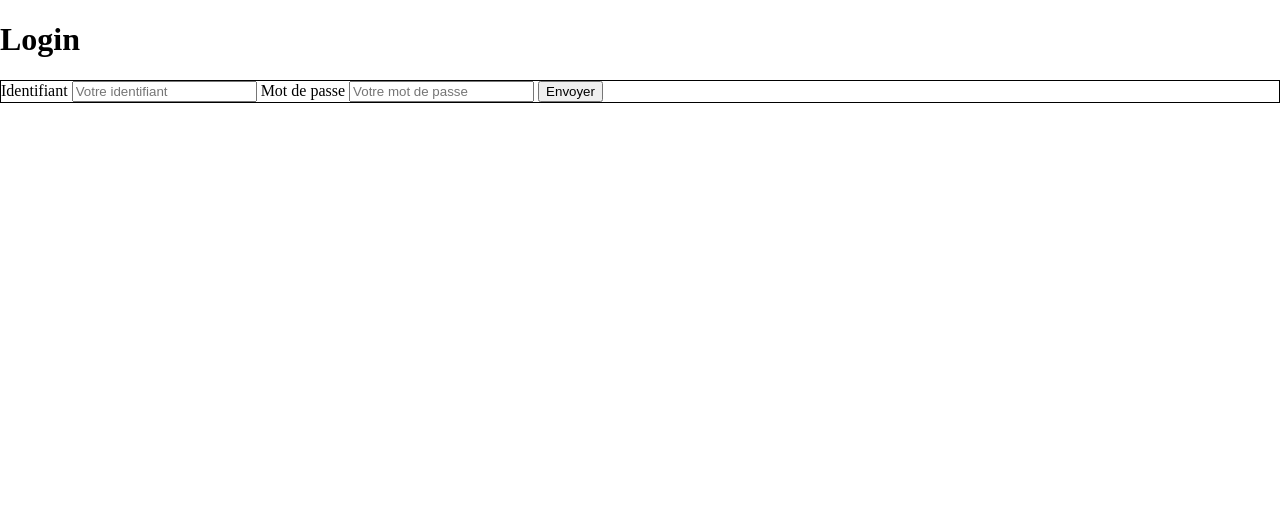
Repository: Luc010/Exercices
Page: HTML CSS/cours/formulaires/ex1.html
These files come from the project's save history. The page is drawn as it stood at one moment and after the next save; the edit follows.
The browser window is 1280 px wide. The pictures show the whole page.

Above is the page before, as saved 2019-09-06 10:06:27.

### HTML CSS/cours/formulaires/ex1.html
<!DOCTYPE html>
<html lang="fr">
<head>
    <meta charset="UTF-8">
    <meta name="viewport" content="width=device-width, initial-scale=1.0">
    <meta http-equiv="X-UA-Compatible" content="ie=edge">
    <title>Document</title>
    <style>
        body{
            padding: 0;
            margin: 0;
        }
        form{
            border: 1px solid black;
            min-height:
        }
    </style>
</head>
<body>
    <h1>Login</h1>
    <form action="" method="POST">
        <label>Identifiant</label>
        <input type="text" name="identifiant" placeholder="Votre identifiant">
        <label>Mot de passe</label>
        <input type="password" name="password" placeholder="Votre mot de passe">
        <input type="submit" name="submit" value="Envoyer">
    </form>
</body>
</html>

After the next save:
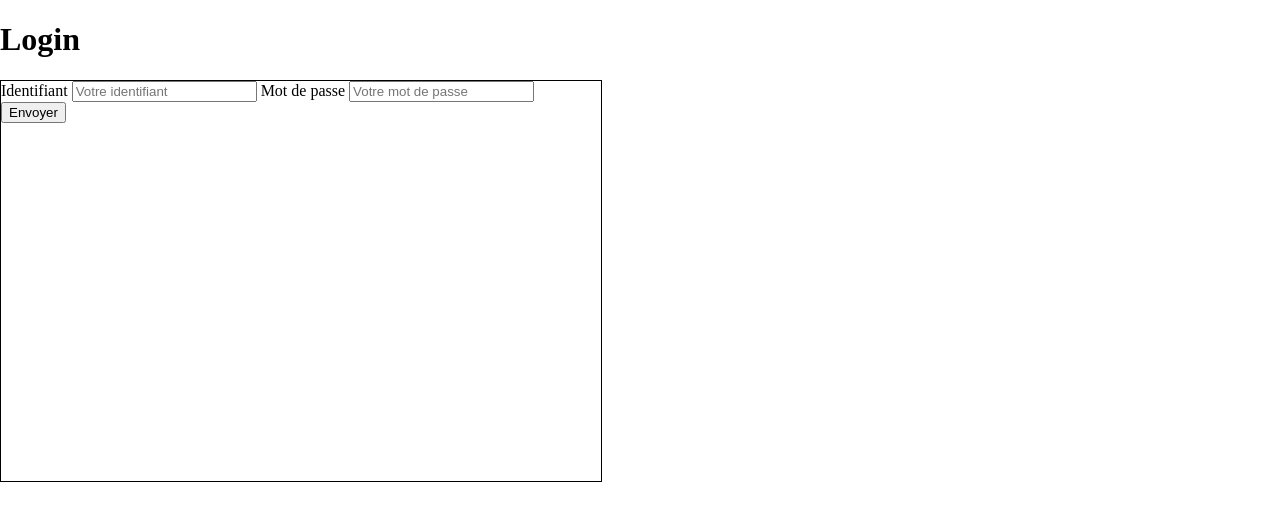
Saved 10 s later.
--- a/HTML CSS/cours/formulaires/ex1.html
+++ b/HTML CSS/cours/formulaires/ex1.html
@@ -12,7 +12,9 @@
         }
         form{
             border: 1px solid black;
-            min-height:
+            min-height: 400px;
+            width: 600px;
+
         }
     </style>
 </head>
